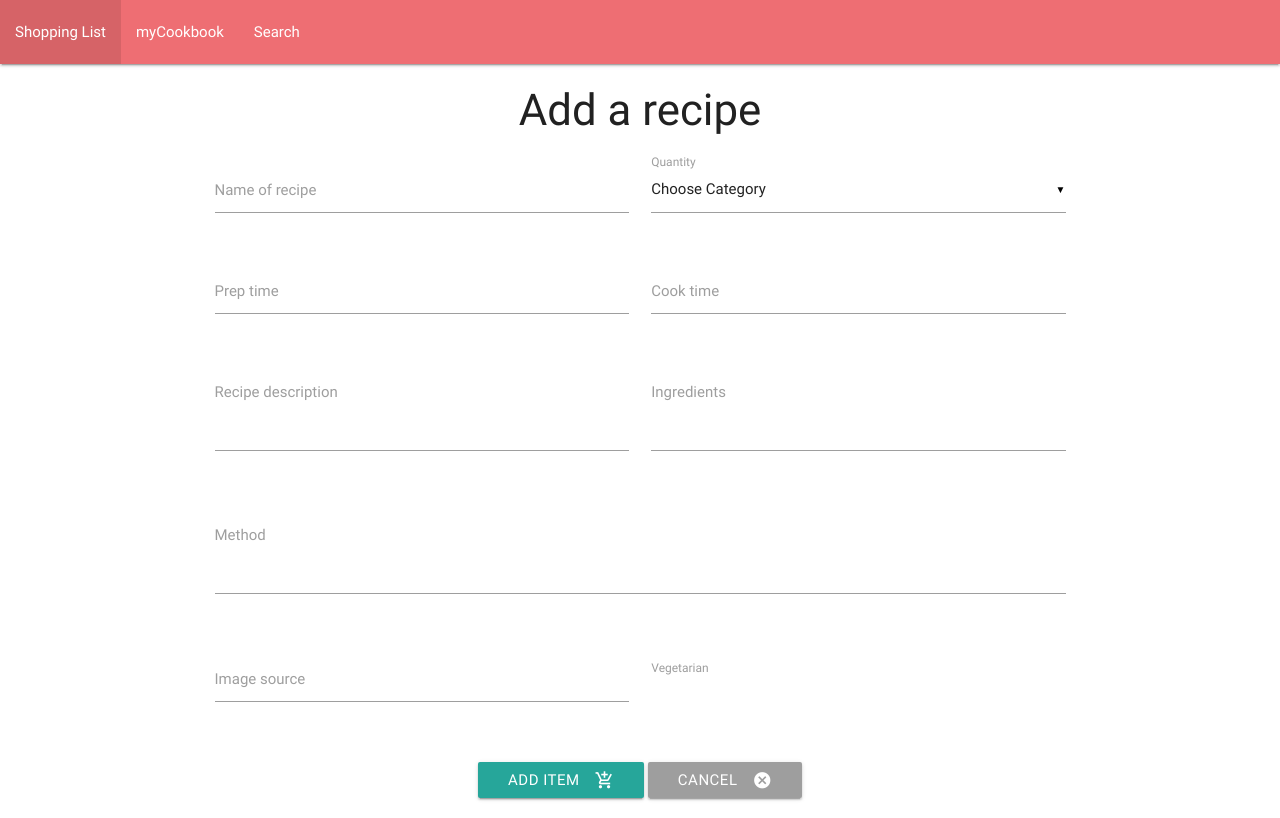
Repository: Code-Institute-Submissions/myCookbook-3
Page: http://localhost/add_recipe
The author's editor kept a record of every edit. The page is drawn from the files as they stood at one moment, then again after the next edit.
The browser window is 1280 px wide. The pictures show the whole page.
Some web libraries are served in a nearby version. The page is served by the project's application, run on Flask 3 (app.py).

Above is the page before.
Console error: TypeError: Cannot read properties of null (reading 'addEventListener')

After the next edit:
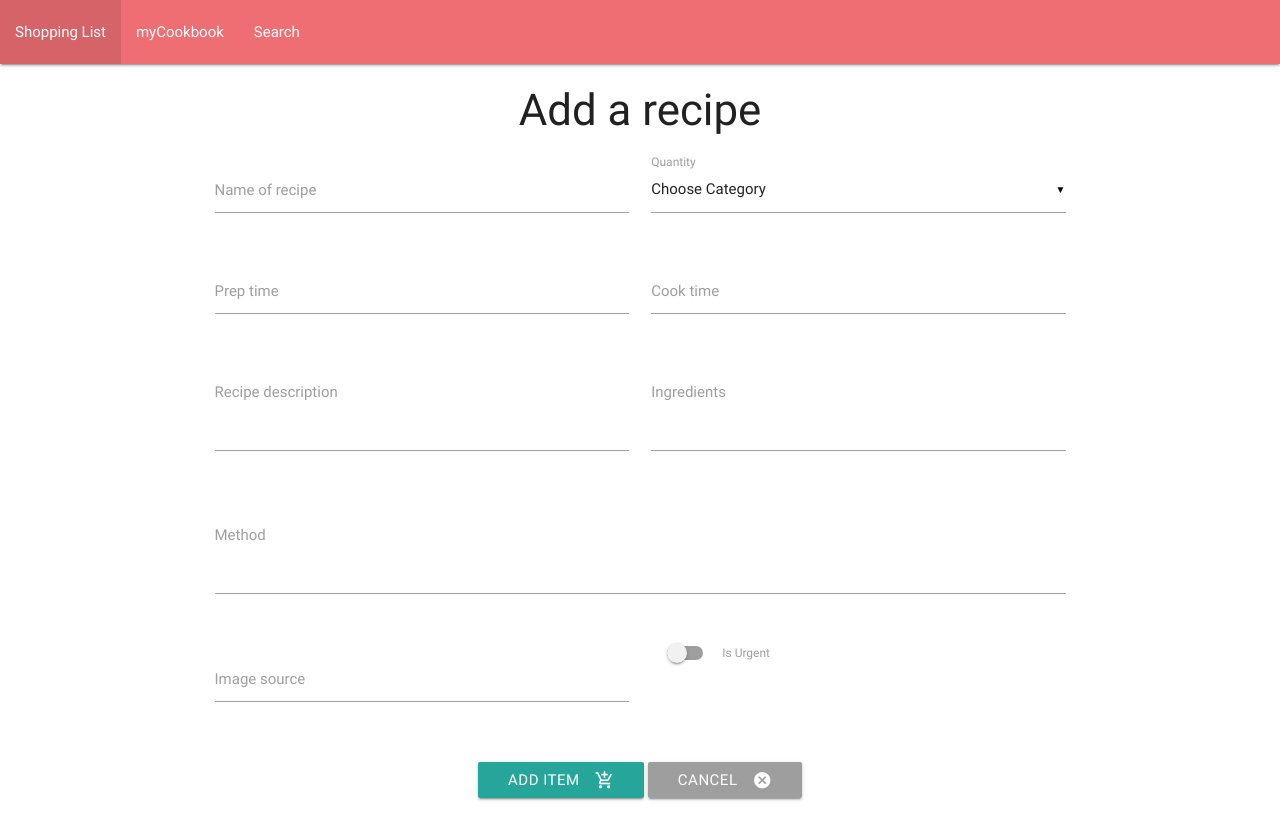
The edit:
--- a/templates/add_recipe.html
+++ b/templates/add_recipe.html
@@ -53,12 +53,13 @@
             </div>
             <div class="col s6">
 
-                <p>
+               <div class="switch">
                 <label>
-                    <input class="with-gap" name="is_vegetarian" type="radio"  />
-                    <span>Vegetarian</span>
+                  <input id="is_vegetarian" name="is_vegetarian" type="checkbox">
+                  <span class="lever"></span>
+                  Is Urgent
                 </label>
-                </p>
+            </div>
 
             </div>
         </div>
